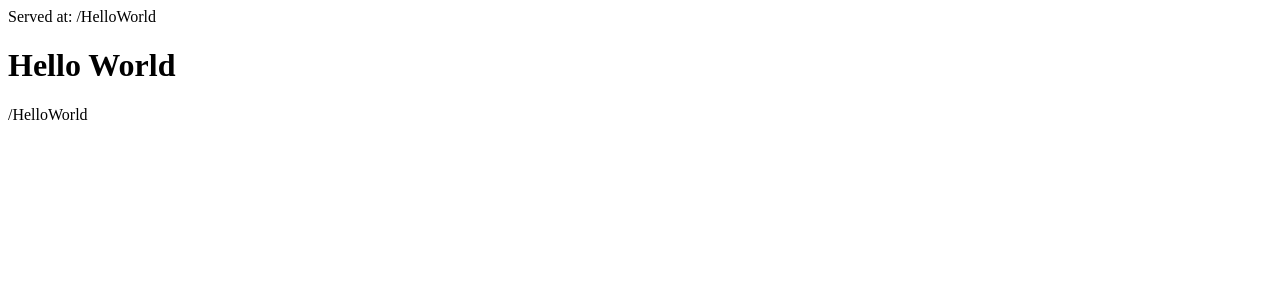
Repository: 1105trxc/LapTrinhWeb-2526
Page: http://localhost/HelloWorld/HelloController
These files come from the project's save history. The page is drawn as it stood at one moment and after the next save; the edit follows.
The browser window is 1280 px wide. The pictures show the whole page.
The page is served by Tomcat 10. Other server files are loaded and not shown.

Above is the page before, as saved 2025-08-20 06:15:34.

### HelloWorld/src/main/java/minimal/controller/HelloController.java
package minimal.controller;

import jakarta.servlet.ServletException;
import jakarta.servlet.annotation.WebServlet;
import jakarta.servlet.http.HttpServlet;
import jakarta.servlet.http.HttpServletRequest;
import jakarta.servlet.http.HttpServletResponse;
import java.io.IOException;

/**
 * Servlet implementation class HelloController
 */
public class HelloController extends HttpServlet {
	private static final long serialVersionUID = 1L;
	private String message;

	@SuppressWarnings("serial")
	public void init() throws ServletException {
	// Do required initialization
	message = "Hello World";
	}

    /**
     * @see HttpServlet#HttpServlet()
     */
    public HelloController() {
        super();
        // TODO Auto-generated constructor stub
    }

	/**
	 * @see HttpServlet#doGet(HttpServletRequest request, HttpServletResponse response)
	 */
	protected void doGet(HttpServletRequest request, HttpServletResponse response) throws ServletException, IOException {
		// TODO Auto-generated method stub
		response.getWriter().append("Served at: ").append(request.getContextPath());

		// Set response content type
		response.setContentType("text/html");
		// Actual logic goes here.
		response.getWriter().append("<h1>" + message + "</h1>").append(request.getContextPath());

	}

	/**
	 * @see HttpServlet#doPost(HttpServletRequest request, HttpServletResponse response)
	 */
	protected void doPost(HttpServletRequest request, HttpServletResponse response) throws ServletException, IOException {
		// TODO Auto-generated method stub
		doGet(request, response);
	}

}

After the next save:
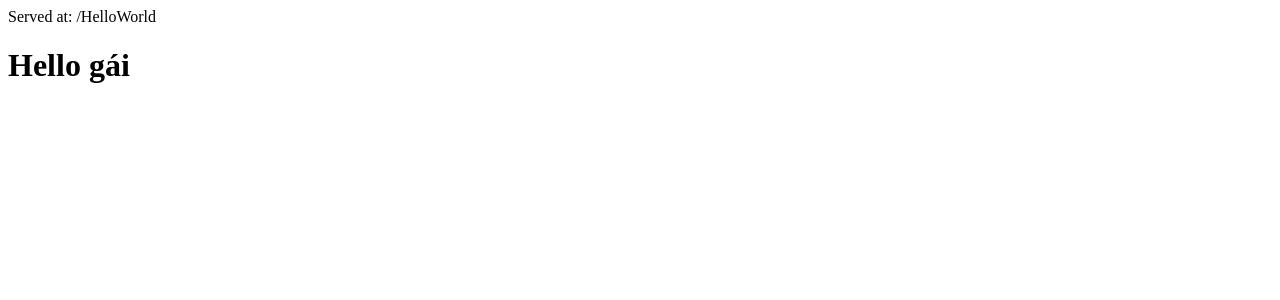
Saved 3 min 53 s later.
--- a/HelloWorld/src/main/java/minimal/controller/HelloController.java
+++ b/HelloWorld/src/main/java/minimal/controller/HelloController.java
@@ -6,6 +6,7 @@ import jakarta.servlet.http.HttpServlet;
 import jakarta.servlet.http.HttpServletRequest;
 import jakarta.servlet.http.HttpServletResponse;
 import java.io.IOException;
+import java.io.PrintWriter;
 
 /**
  * Servlet implementation class HelloController
@@ -17,7 +18,7 @@ public class HelloController extends HttpServlet {
 	@SuppressWarnings("serial")
 	public void init() throws ServletException {
 	// Do required initialization
-	message = "Hello World";
+	message = "Hello gái";
 	}
 
     /**
@@ -38,7 +39,8 @@ public class HelloController extends HttpServlet {
 		// Set response content type
 		response.setContentType("text/html");
 		// Actual logic goes here.
-		response.getWriter().append("<h1>" + message + "</h1>").append(request.getContextPath());
+		PrintWriter out = response.getWriter();
+		out.println("<h1>" + message + "</h1>");
 
 	}
 
